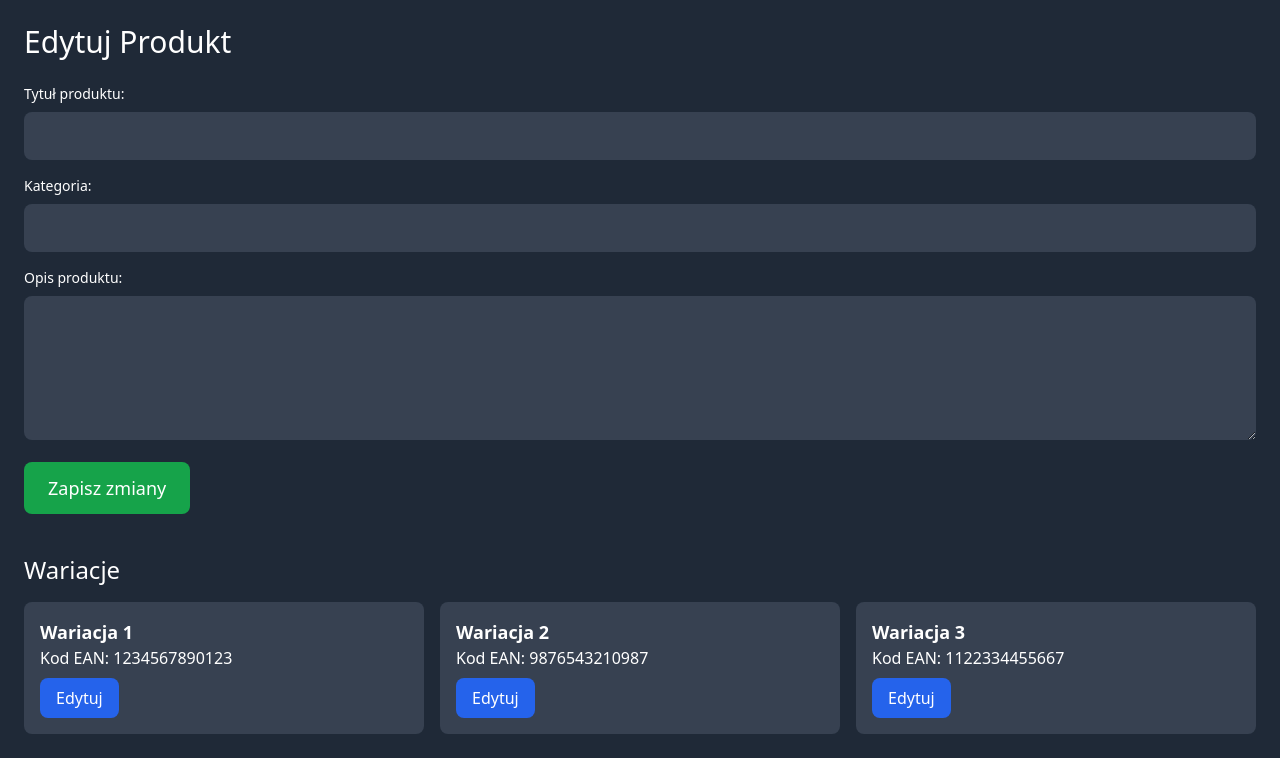
Repository: DaveCala/AplikacjaMeble
Page: http://localhost/editor/editor_product.php
These files come from the project's save history. The page is drawn as it stood at one moment and after the next save; the edit follows.
The browser window is 1280 px wide. The pictures show the whole page.
Some web libraries are served in a nearby version. The page is run by PHP 8.4 with error messages shown; the project is at /var/www/html/.

Above is the page before, as saved 2024-12-03 12:31:53.

After the next save:
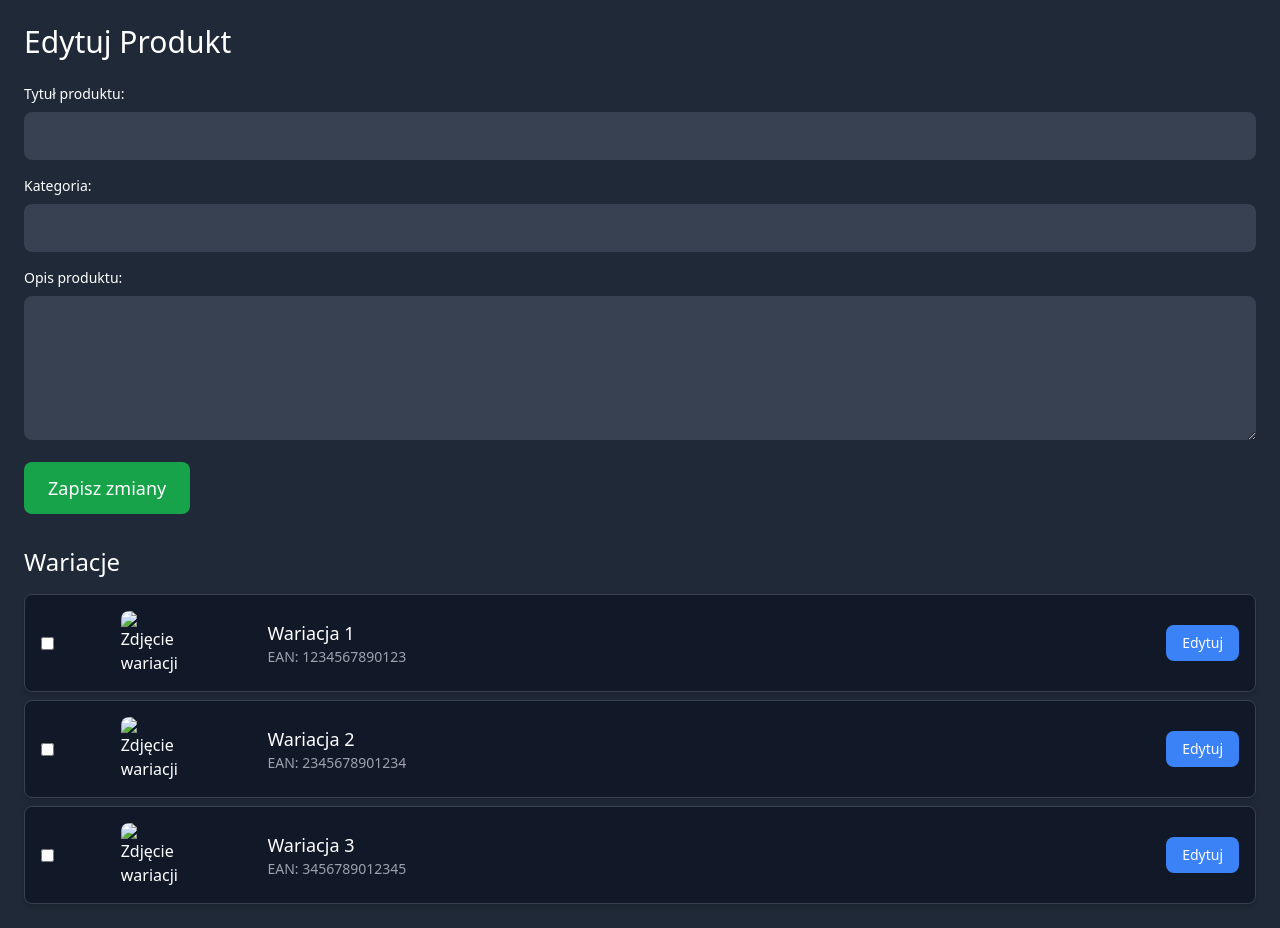
Not found: img/variation1.jpg
Not found: img/variation2.jpg
Not found: img/variation3.jpg
Saved 24 min 25 s later.
--- a/editor/editor_product.php
+++ b/editor/editor_product.php
@@ -35,29 +35,54 @@
       </button>
     </form>
 
-    <!-- Grid kafelków wariacji -->
-    <h2 class="text-2xl mt-10 mb-4">Wariacje</h2>
-    <div class="grid grid-cols-3 gap-4">
-      <!-- Wariacja 1 -->
-      <div class="bg-gray-700 p-4 rounded-lg">
-        <h3 class="text-lg font-semibold">Wariacja 1</h3>
-        <p>Kod EAN: 1234567890123</p>
-        <button class="mt-2 py-2 px-4 bg-blue-600 rounded-lg text-white hover:bg-blue-500">Edytuj</button>
+   <!-- Lista wariacji -->
+<div class="mt-8">
+  <h2 class="text-2xl text-white mb-4">Wariacje</h2>
+  <!-- Grid z kafelkami -->
+  <div class="grid grid-cols-1 gap-2 w-full">
+    <?php
+    // Przykładowe dane wariacji (na sztywno)
+    $variations = [
+        ['id' => 1, 'title' => 'Wariacja 1', 'ean' => '1234567890123', 'image' => 'variation1.jpg'],
+        ['id' => 2, 'title' => 'Wariacja 2', 'ean' => '2345678901234', 'image' => 'variation2.jpg'],
+        ['id' => 3, 'title' => 'Wariacja 3', 'ean' => '3456789012345', 'image' => 'variation3.jpg'],
+    ];
+    ?>
+
+    <?php foreach ($variations as $variation) : ?>
+      <div class="bg-gray-900 p-4 border border-gray-700 rounded-lg shadow-md flex items-center">
+
+        <!-- Checkbox do zaznaczenia wariacji -->
+        <div class="flex items-center">
+          <input type="checkbox" class="variation-checkbox" data-variation-id="<?php echo $variation['id']; ?>">
+        </div>
+
+        <!-- Zdjęcie wariacji - 1/6 szerokości -->
+        <div class="w-1/6 flex justify-center">
+          <img src="../img/<?php echo htmlspecialchars($variation['image']); ?>"
+               alt="Zdjęcie wariacji"
+               class="h-16 w-16 object-contain rounded-lg">
+        </div>
+
+        <!-- Tytuł wariacji - 3/6 szerokości -->
+        <div class="w-3/6 px-4">
+          <h3 class="text-white text-lg truncate"><?php echo htmlspecialchars($variation['title']); ?></h3>
+          <p class="text-gray-400 text-sm truncate">EAN: <?php echo htmlspecialchars($variation['ean']); ?></p>
+        </div>
+
+        <!-- Przycisk - 2/6 szerokości -->
+        <div class="w-2/6 flex justify-end">
+          <a href="editor_variation.php?id=<?php echo $variation['id']; ?>"
+             class="bg-blue-500 text-white py-2 px-4 rounded-lg hover:bg-blue-600 text-sm">
+            Edytuj
+          </a>
+        </div>
+
       </div>
-      <!-- Wariacja 2 -->
-      <div class="bg-gray-700 p-4 rounded-lg">
-        <h3 class="text-lg font-semibold">Wariacja 2</h3>
-        <p>Kod EAN: 9876543210987</p>
-        <button class="mt-2 py-2 px-4 bg-blue-600 rounded-lg text-white hover:bg-blue-500">Edytuj</button>
-      </div>
-      <!-- Wariacja 3 -->
-      <div class="bg-gray-700 p-4 rounded-lg">
-        <h3 class="text-lg font-semibold">Wariacja 3</h3>
-        <p>Kod EAN: 1122334455667</p>
-        <button class="mt-2 py-2 px-4 bg-blue-600 rounded-lg text-white hover:bg-blue-500">Edytuj</button>
-      </div>
-    </div>
+    <?php endforeach; ?>
   </div>
+</div>
+
 
   <script>
     // Obsługa zapisania danych produktu
